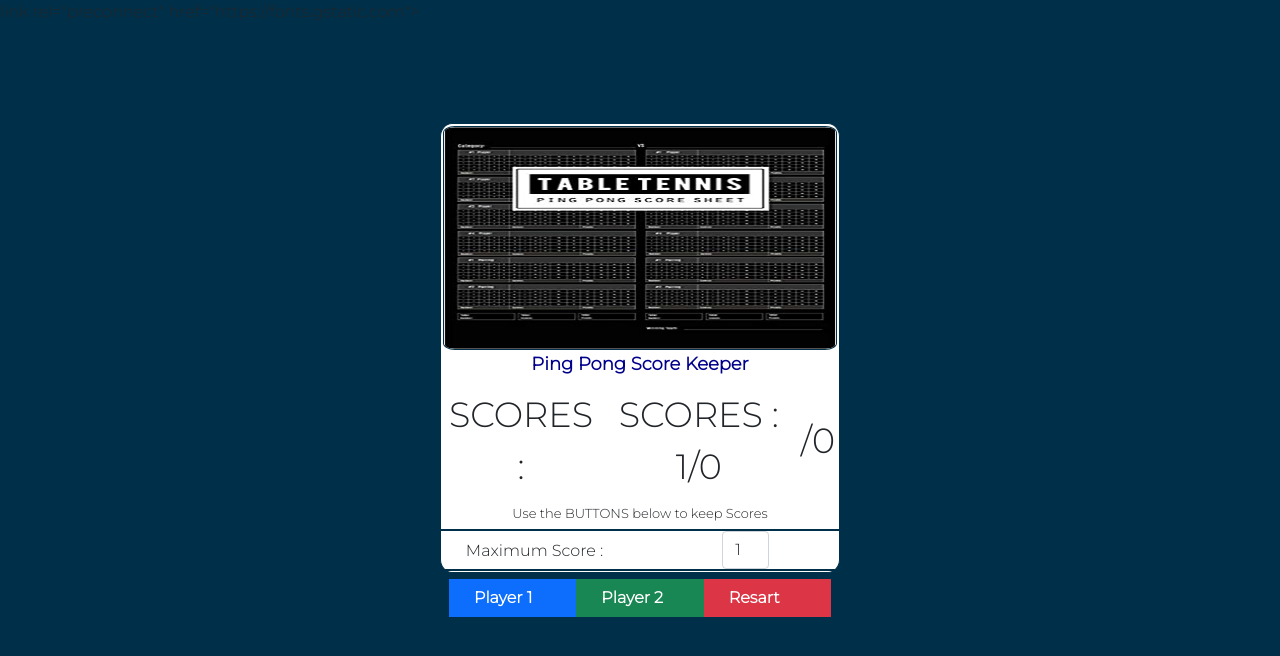
Repository: uditjain100/JavaScript-for-Web
Page: 9.Score Keeper Project/sk.html
The author's editor kept a copy of each file at every save. The page is drawn from the files as they stood at one save, then again after the next save.
The browser window is 1280 px wide. The pictures show the whole page.
After loading, the first visible `#p1_btn` was clicked once.

Above is the page before, as saved 2021-01-22 22:20:21.

After the next save:
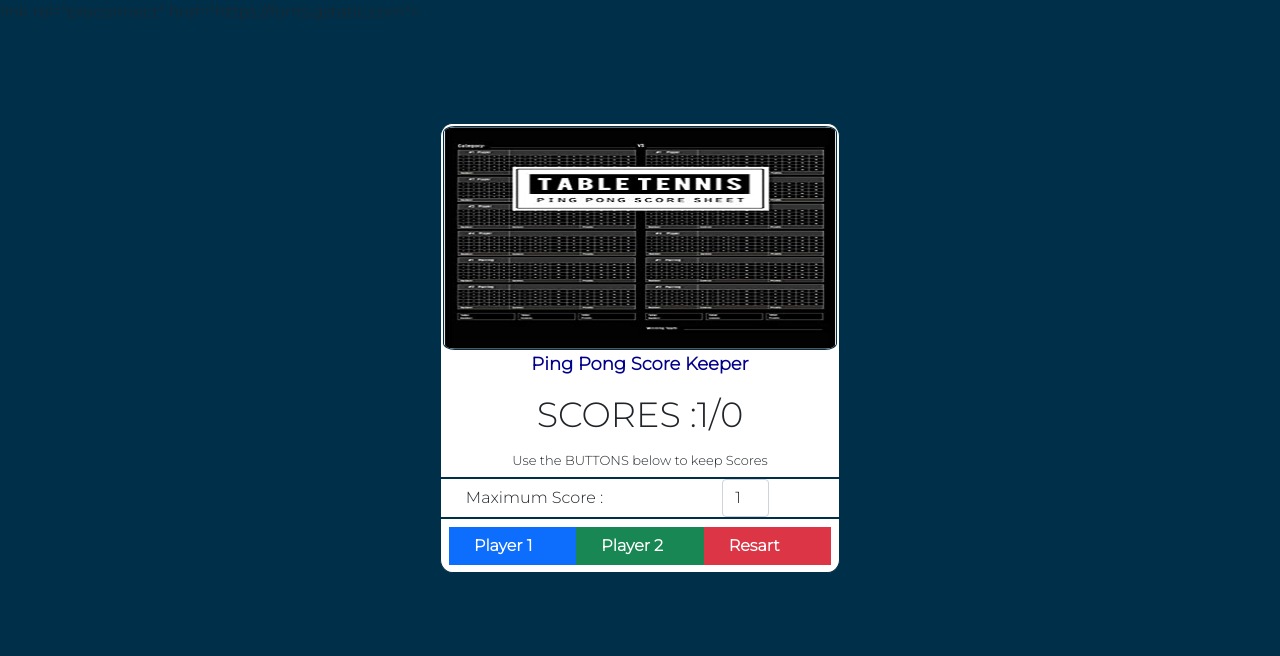
Saved 24 s later.
--- a/9.Score Keeper Project/app.js
+++ b/9.Score Keeper Project/app.js
@@ -14,6 +14,6 @@ p1_btn.addEventListener("click", () => {
     scoreCard.innerText = "SCORES : " + ++i + "/" + j;
   } else {
     console.log("Heyyyyyyyyyyyy !!");
-    p1_score.innerText = "SCORES : " + ++i + "/" + j;
+    p1_score.innerText = ++i;
   }
 });
